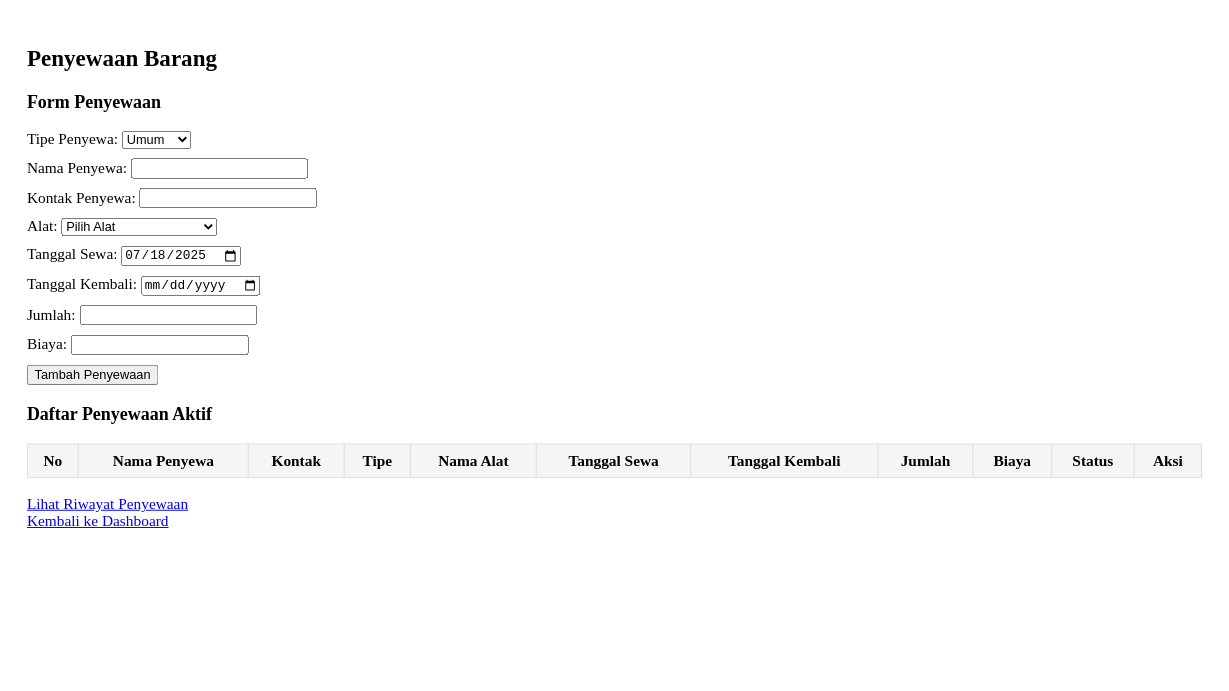
Repository: fatkquladhim/multimedia_app
Page: http://localhost/admin/penyewaan/penyewaan-barang.php
An editor plug-in stored every save of this project. The page is shown before and after the next save, followed by the edit.
The browser window is 1280 px wide. The pictures show the whole page, at 96% of full size.
Some web libraries are served in a nearby version. The page is run by PHP 8.4 with error messages shown; the project is at /var/www/html/. The session is filled in as if someone had signed in: {"user_id": 2, "username": "asep", "role": "admin"}. Other server files are loaded and not shown. The database holds what the project's SQL file puts in it.

Above is the page before, as saved 2025-07-18 23:02:08.

### admin/penyewaan/penyewaan-barang.php
<?php
session_start();
if (!isset($_SESSION['user_id']) || $_SESSION['role'] !== 'admin') {
    header('Location: ../../auth/login.php');
    exit;
}

require_once '../../includes/db_config.php';
$conn = new mysqli(DB_HOST, DB_USER, DB_PASS, DB_NAME);

// Ambil daftar penyewaan aktif
$query = "SELECT sb.*, a.nama as nama_anggota, al.nama_alat as nama_alat,
          CASE
              WHEN sb.tipe_penyewa = 'umum' THEN sb.nama_penyewa
              ELSE a.nama
          END as nama_penyewa,
          CASE
              WHEN sb.tipe_penyewa = 'umum' THEN sb.kontak_penyewa
              ELSE '-'
          END as kontak
          FROM penyewaan_barang sb
          LEFT JOIN anggota a ON sb.id_anggota = a.id
          LEFT JOIN alat al ON sb.id_alat = al.id
          WHERE sb.status = 'disewa'
          ORDER BY sb.tanggal_sewa DESC";
$result = $conn->query($query);

// Ambil daftar anggota untuk form penyewaan
$query_anggota = "SELECT id, nama FROM anggota ORDER BY nama";
$anggota = $conn->query($query_anggota);

// Ambil daftar alat untuk form penyewaan
$query_alat = "SELECT id, nama_alat, jumlah FROM alat WHERE jumlah > 0 ORDER BY nama_alat";
$alat = $conn->query($query_alat);

// Proses form penyewaan dan update status pengembalian
if ($_SERVER['REQUEST_METHOD'] === 'POST') {
    // Jika admin klik tombol "Sudah dikembalikan"
    if (isset($_POST['kembalikan_id'])) {
        $id = $_POST['kembalikan_id'];
        $stmt = $conn->prepare("UPDATE penyewaan_barang SET status='dikembalikan', tanggal_kembali=CURDATE() WHERE id=?");
        $stmt->bind_param("i", $id);
        $stmt->execute();
        header("Location: penyewaan-barang.php?status=success&message=Status penyewaan diupdate");
        exit;
    }
    $tipe_penyewa = $_POST['tipe_penyewa'];
    $id_alat = $_POST['id_alat'];
    $tanggal_sewa = !empty($_POST['tanggal_sewa']) ? $_POST['tanggal_sewa'] : date('Y-m-d');
    $jumlah = $_POST['jumlah'];
    $biaya = $_POST['biaya'];
    $tanggal_kembali = !empty($_POST['tanggal_kembali']) ? $_POST['tanggal_kembali'] : null;
    // Validasi stok
    $stmt = $conn->prepare("SELECT jumlah FROM alat WHERE id = ?");
    $stmt->bind_param("i", $id_alat);
    $stmt->execute();
    $result_stok = $stmt->get_result();
    $stok = $result_stok->fetch_assoc();
    if ($stok['jumlah'] >= $jumlah) {
        // Prepare statement berdasarkan tipe penyewa
        if ($tipe_penyewa === 'anggota') {
            $id_anggota = $_POST['id_anggota'];
            if ($tanggal_kembali) {
                $stmt = $conn->prepare("INSERT INTO penyewaan_barang (id_anggota, id_alat, tanggal_sewa, tanggal_kembali, jumlah, biaya, status, tipe_penyewa) VALUES (?, ?, ?, ?, ?, ?, 'disewa', 'anggota')");
                $stmt->bind_param("iissid", $id_anggota, $id_alat, $tanggal_sewa, $tanggal_kembali, $jumlah, $biaya);
            } else {
                $stmt = $conn->prepare("INSERT INTO penyewaan_barang (id_anggota, id_alat, tanggal_sewa, jumlah, biaya, status, tipe_penyewa) VALUES (?, ?, ?, ?, ?, 'disewa', 'anggota')");
                $stmt->bind_param("iisid", $id_anggota, $id_alat, $tanggal_sewa, $jumlah, $biaya);
            }
        } else {
            $nama_penyewa = $_POST['nama_penyewa'];
            $kontak_penyewa = $_POST['kontak_penyewa'];
            if ($tanggal_kembali) {
                $stmt = $conn->prepare("INSERT INTO penyewaan_barang (id_alat, tanggal_sewa, tanggal_kembali, jumlah, biaya, status, tipe_penyewa, nama_penyewa, kontak_penyewa) VALUES (?, ?, ?, ?, ?, 'disewa', 'umum', ?, ?)");
                $stmt->bind_param("issidss", $id_alat, $tanggal_sewa, $tanggal_kembali, $jumlah, $biaya, $nama_penyewa, $kontak_penyewa);
            } else {
                $stmt = $conn->prepare("INSERT INTO penyewaan_barang (id_alat, tanggal_sewa, jumlah, biaya, status, tipe_penyewa, nama_penyewa, kontak_penyewa) VALUES (?, ?, ?, ?, 'disewa', 'umum', ?, ?)");
                $stmt->bind_param("isidss", $id_alat, $tanggal_sewa, $jumlah, $biaya, $nama_penyewa, $kontak_penyewa);
            }
        }
        if ($stmt->execute()) {
            // Update stok
            $stmt = $conn->prepare("UPDATE alat SET jumlah = jumlah - ? WHERE id = ?");
            $stmt->bind_param("ii", $jumlah, $id_alat);
            $stmt->execute();
            header("Location: penyewaan-barang.php?status=success&message=Penyewaan berhasil ditambahkan");
            exit;
        } else {
            header("Location: penyewaan-barang.php?status=error&message=Gagal menambahkan penyewaan");
            exit;
        }
    } else {
        header("Location: penyewaan-barang.php?status=error&message=Stok tidak mencukupi");
        exit;
    }
}
?>

<!DOCTYPE html>
<html>
<head>
    <title>Penyewaan Barang</title>
    <style>
        .container { padding: 20px; }
        .form-group { margin-bottom: 10px; }
        .alert { padding: 10px; margin-bottom: 10px; border-radius: 4px; }
        .alert-success { background-color: #d4edda; color: #155724; }
        .alert-danger { background-color: #f8d7da; color: #721c24; }
        table { width: 100%; border-collapse: collapse; margin-top: 20px; }
        th, td { padding: 8px; border: 1px solid #ddd; }
        th { background-color: #f5f5f5; }
    </style>
    <script>
        function togglePenyewa() {
            var tipe = document.getElementById('tipe_penyewa').value;
            if (tipe === 'umum') {
                document.getElementById('form_umum').style.display = 'block';
                document.getElementById('form_anggota').style.display = 'none';
                document.getElementById('nama_penyewa').required = true;
                document.getElementById('kontak_penyewa').required = true;
                document.getElementById('id_anggota').required = false;
            } else {
                document.getElementById('form_umum').style.display = 'none';
                document.getElementById('form_anggota').style.display = 'block';
                document.getElementById('nama_penyewa').required = false;
                document.getElementById('kontak_penyewa').required = false;
                document.getElementById('id_anggota').required = true;
            }
        }
        // Panggil saat halaman dimuat
        window.onload = togglePenyewa;
    </script>
</head>
<body>
    <div class="container">
        <h2>Penyewaan Barang</h2>

        <?php if (isset($_GET['status']) && isset($_GET['message'])): ?>
            <div class="alert alert-<?php echo $_GET['status'] === 'success' ? 'success' : 'danger'; ?>">
                <?php echo htmlspecialchars($_GET['message']); ?>
            </div>
        <?php endif; ?>

        <h3>Form Penyewaan</h3>
        <form method="POST">
            <div class="form-group">
                <label>Tipe Penyewa:</label>
                <select name="tipe_penyewa" id="tipe_penyewa" onchange="togglePenyewa()" required>
                    <option value="umum">Umum</option>
                    <option value="anggota">Anggota</option>
                </select>
            </div>

            <div id="form_umum">
                <div class="form-group">
                    <label>Nama Penyewa:</label>
                    <input type="text" name="nama_penyewa" id="nama_penyewa">
                </div>
                <div class="form-group">
                    <label>Kontak Penyewa:</label>
                    <input type="text" name="kontak_penyewa" id="kontak_penyewa">
                </div>
            </div>

            <div id="form_anggota" style="display:none">
                <div class="form-group">
                    <label>Pilih Anggota:</label>
                    <select name="id_anggota" id="id_anggota">
                        <option value="">Pilih Anggota</option>
                        <?php while($row = $anggota->fetch_assoc()): ?>
                            <option value="<?php echo $row['id']; ?>">
                                <?php echo htmlspecialchars($row['nama']); ?>
                            </option>
                        <?php endwhile; ?>
                    </select>
                </div>
            </div>

            <div class="form-group">
                <label>Alat:</label>
                <select name="id_alat" required>
                    <option value="">Pilih Alat</option>
                    <?php while($row = $alat->fetch_assoc()): ?>
                        <option value="<?php echo $row['id']; ?>">
                            <?php echo htmlspecialchars($row['nama_alat']); ?> (Stok: <?php echo $row['jumlah']; ?>)
                        </option>
                    <?php endwhile; ?>
                </select>
            </div>

            <div class="form-group">
                <label>Tanggal Sewa:</label>
                <input type="date" name="tanggal_sewa" value="<?php echo date('Y-m-d'); ?>" required>
            </div>

              <div class="form-group">
                <label>Tanggal Kembali:</label>
                <input type="date" name="tanggal_kembali">
            </div>

            <div class="form-group">
                <label>Jumlah:</label>
                <input type="number" name="jumlah" min="1" required>
            </div>

            <div class="form-group">
                <label>Biaya:</label>
                <input type="number" name="biaya" min="0" step="1000" required>
            </div>
            <button type="submit">Tambah Penyewaan</button>
        </form>

        <h3>Daftar Penyewaan Aktif</h3>
        <table>
            <thead>
                <tr>
                    <th>No</th>
                    <th>Nama Penyewa</th>
                    <th>Kontak</th>
                    <th>Tipe</th>
                    <th>Nama Alat</th>
                    <th>Tanggal Sewa</th>
                    <th>Tanggal Kembali</th>
                    <th>Jumlah</th>
                    <th>Biaya</th>
                    <th>Status</th>
                    <th>Aksi</th>
                </tr>
            </thead>
            <tbody>
                <?php
                $no = 1;
                while($row = $result->fetch_assoc()):
                ?>
                <tr>
                    <td><?php echo $no++; ?></td>
                    <td><?php echo htmlspecialchars($row['nama_penyewa']); ?></td>
                    <td><?php echo htmlspecialchars($row['kontak']); ?></td>
                    <td><?php echo htmlspecialchars($row['tipe_penyewa']); ?></td>
                    <td><?php echo htmlspecialchars($row['nama_alat']); ?></td>
                    <td>
                        <?php
                        if (!empty($row['tanggal_sewa']) && $row['tanggal_sewa'] !== '0000-00-00') {
                            echo date('d/m/Y', strtotime($row['tanggal_sewa']));
                        } else {
                            echo '-';
                        }
                        ?>
                    </td>
                    <td>
                        <?php
                        if (!empty($row['tanggal_kembali']) && $row['tanggal_kembali'] !== '0000-00-00') {
                            echo date('d/m/Y', strtotime($row['tanggal_kembali']));
                        } else {
                            echo '-';
                        }
                        ?>
                    </td>
                    <td><?php echo $row['jumlah']; ?></td>
                    <td>Rp <?php echo number_format($row['biaya'], 0, ',', '.'); ?></td>
                    <td>
                        <?php if ($row['status'] === 'disewa'): ?>
                            <form method="POST" style="display:inline;">
                                <input type="hidden" name="kembalikan_id" value="<?php echo $row['id']; ?>">
                                <button type="submit" onclick="return confirm('Tandai sebagai sudah dikembalikan?')">Belum</button>
                            </form>
                        <?php else: ?>
                            Sudah
                        <?php endif; ?>
                    </td>
                    <td>
                        <a href="edit-barang-penyewaan.php?id=<?php echo $row['id']; ?>">Edit</a>
                        <a href="hapus-penyewaan.php?id=<?php echo $row['id']; ?>"
                           onclick="return confirm('Apakah Anda yakin ingin menghapus penyewaan ini?')">Hapus</a>
                    </td>
                </tr>
                <?php endwhile; ?>
            </tbody>
        </table>

        <br>
        <a href="riwayat-penyewaan-barang.php">Lihat Riwayat Penyewaan</a>
        <br>
        <a href="../dashboard.php">Kembali ke Dashboard</a>
    </div>
</body>
</html>

<?php $conn->close(); ?>

### includes/db_config.php
<?php
// Konfigurasi database
define('DB_HOST', 'localhost');
define('DB_USER', 'root'); // ganti jika user database Anda berbeda
define('DB_PASS', '');     // ganti jika ada password database
define('DB_NAME', 'db_multimedia'); // nama database
?>

### db_multimedia (2).sql (the tables this page reads)
CREATE TABLE `alat` (
  `id` int(11) NOT NULL,
  `nama_alat` varchar(100) NOT NULL,
  `jumlah` int(11) DEFAULT 0,
  `kondisi` varchar(50) DEFAULT NULL
) ENGINE=InnoDB DEFAULT CHARSET=utf8mb4 COLLATE=utf8mb4_general_ci;

INSERT INTO `alat` (`id`, `nama_alat`, `jumlah`, `kondisi`) VALUES
(2, 'sapu', 1, 'Baik'),
(3, 'Kamera DSLR', 1, 'Baik'),
(4, 'Tripod', 8, 'Baik'),
(5, 'Lighting Set', 1, 'Baik'),
(6, 'Microphone', 2, 'Baik'),
(7, 'Green Screen', 0, 'Baik');

ALTER TABLE `alat`
  ADD PRIMARY KEY (`id`);

ALTER TABLE `alat`
  MODIFY `id` int(11) NOT NULL AUTO_INCREMENT, AUTO_INCREMENT=9;

CREATE TABLE `anggota` (
  `id` int(11) NOT NULL,
  `nama` varchar(255) NOT NULL,
  `foto` varchar(255) NOT NULL,
  `alamat` text NOT NULL,
  `email` varchar(255) NOT NULL,
  `no_hp` varchar(15) NOT NULL,
  `id_user` int(11) NOT NULL
) ENGINE=InnoDB DEFAULT CHARSET=utf8mb4 COLLATE=utf8mb4_general_ci;

INSERT INTO `anggota` (`id`, `nama`, `foto`, `alamat`, `email`, `no_hp`, `id_user`) VALUES
(21, 'adhim1', 'Feed IG Zapen (Harlah).jpg', 'maloang', 'fatquladhim@gmail.com', '8925489', 21);

ALTER TABLE `anggota`
  ADD PRIMARY KEY (`id`),
  ADD KEY `id_user` (`id_user`);

ALTER TABLE `anggota`
  MODIFY `id` int(11) NOT NULL AUTO_INCREMENT, AUTO_INCREMENT=23;

ALTER TABLE `anggota`
  ADD CONSTRAINT `anggota_ibfk_1` FOREIGN KEY (`id_user`) REFERENCES `users` (`id`) ON DELETE CASCADE;

CREATE TABLE `penyewaan_barang` (
  `id` int(11) NOT NULL,
  `id_anggota` int(11) DEFAULT NULL,
  `id_alat` int(11) DEFAULT NULL,
  `tanggal_sewa` date DEFAULT NULL,
  `tanggal_kembali` date DEFAULT NULL,
  `jumlah` int(11) DEFAULT NULL,
  `status` enum('disewa','dikembalikan') DEFAULT 'disewa',
  `biaya` decimal(10,2) DEFAULT NULL,
  `tipe_penyewa` enum('anggota','umum') DEFAULT 'anggota',
  `nama_penyewa` varchar(100) DEFAULT NULL,
  `kontak_penyewa` varchar(50) DEFAULT NULL
) ENGINE=InnoDB DEFAULT CHARSET=utf8mb4 COLLATE=utf8mb4_general_ci;

INSERT INTO `penyewaan_barang` (`id`, `id_anggota`, `id_alat`, `tanggal_sewa`, `tanggal_kembali`, `jumlah`, `status`, `biaya`, `tipe_penyewa`, `nama_penyewa`, `kontak_penyewa`) VALUES
(1, NULL, 7, '2025-07-11', '2025-07-11', 1, 'dikembalikan', 2000.00, 'umum', 'aku', '1'),
(2, NULL, 3, '2025-07-11', '2025-07-11', 1, 'dikembalikan', 12000.00, 'umum', 'aku', '1'),
(3, NULL, 3, '2025-07-11', '2025-07-11', 1, 'dikembalikan', 12000.00, 'umum', 'aku', '1'),
(4, NULL, 3, '2025-07-11', '2025-07-11', 1, 'dikembalikan', 12000.00, 'umum', 'aku', '1'),
(5, NULL, 3, '2025-07-11', '2025-07-11', 1, 'dikembalikan', 12000.00, 'umum', 'aku', '1'),
(6, NULL, 5, '2025-07-12', '2025-07-12', 1, 'dikembalikan', 12000.00, 'umum', 'aku', '1');

ALTER TABLE `penyewaan_barang`
  ADD PRIMARY KEY (`id`),
  ADD KEY `id_anggota` (`id_anggota`),
  ADD KEY `id_alat` (`id_alat`);

ALTER TABLE `penyewaan_barang`
  MODIFY `id` int(11) NOT NULL AUTO_INCREMENT, AUTO_INCREMENT=8;

ALTER TABLE `penyewaan_barang`
  ADD CONSTRAINT `penyewaan_barang_ibfk_1` FOREIGN KEY (`id_anggota`) REFERENCES `anggota` (`id`),
  ADD CONSTRAINT `penyewaan_barang_ibfk_2` FOREIGN KEY (`id_alat`) REFERENCES `alat` (`id`);

Loaded but not shown: admin/header.php (172 lines, source omitted); admin/sidebar.php (114 lines, source omitted)

After the next save:
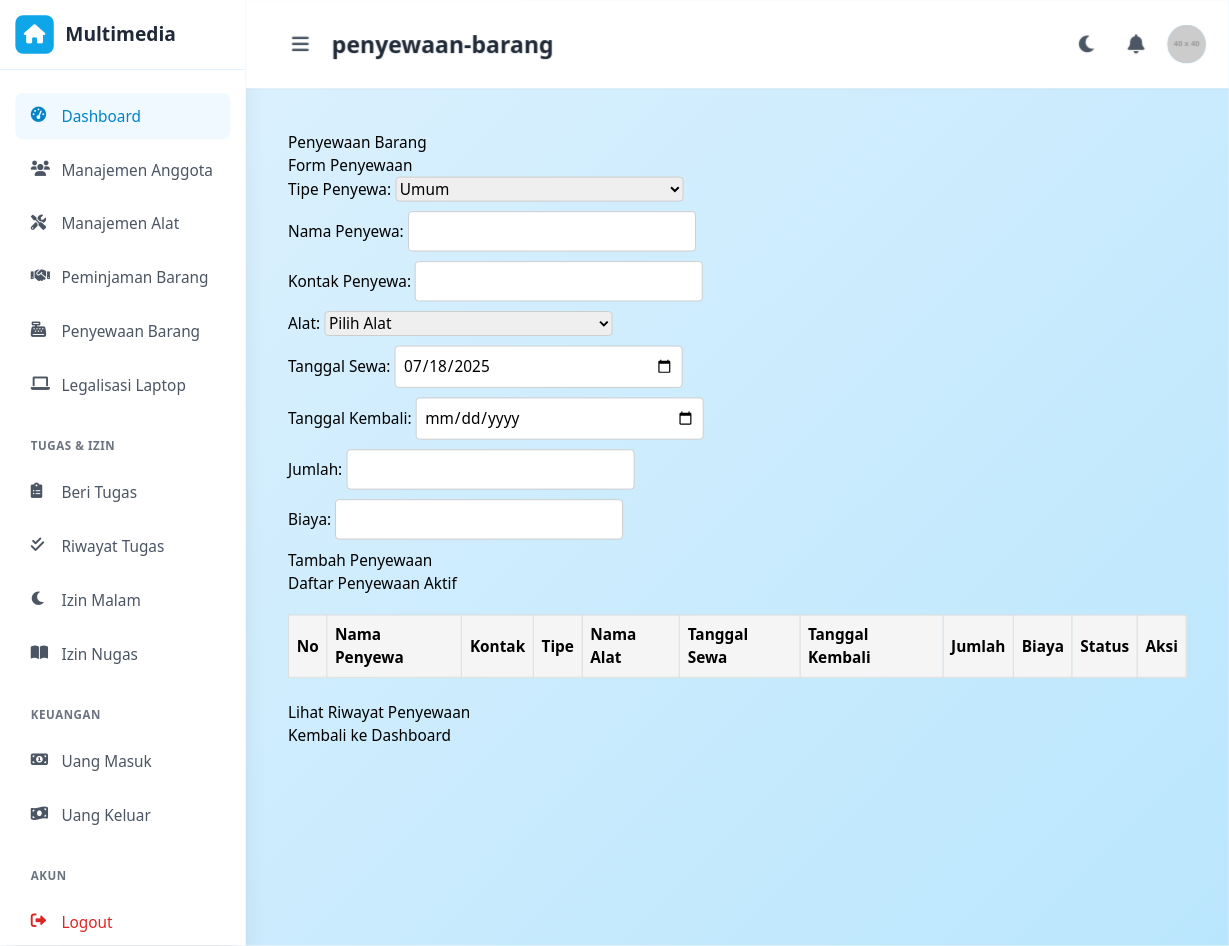
Saved 28 s later.
--- a/admin/penyewaan/penyewaan-barang.php
+++ b/admin/penyewaan/penyewaan-barang.php
@@ -94,6 +94,7 @@ if ($_SERVER['REQUEST_METHOD'] === 'POST') {
         exit;
     }
 }
+include '../header.php'; // Path relatif dari 'anggota/'
 ?>
 
 <!DOCTYPE html>
@@ -110,26 +111,7 @@ if ($_SERVER['REQUEST_METHOD'] === 'POST') {
         th, td { padding: 8px; border: 1px solid #ddd; }
         th { background-color: #f5f5f5; }
     </style>
-    <script>
-        function togglePenyewa() {
-            var tipe = document.getElementById('tipe_penyewa').value;
-            if (tipe === 'umum') {
-                document.getElementById('form_umum').style.display = 'block';
-                document.getElementById('form_anggota').style.display = 'none';
-                document.getElementById('nama_penyewa').required = true;
-                document.getElementById('kontak_penyewa').required = true;
-                document.getElementById('id_anggota').required = false;
-            } else {
-                document.getElementById('form_umum').style.display = 'none';
-                document.getElementById('form_anggota').style.display = 'block';
-                document.getElementById('nama_penyewa').required = false;
-                document.getElementById('kontak_penyewa').required = false;
-                document.getElementById('id_anggota').required = true;
-            }
-        }
-        // Panggil saat halaman dimuat
-        window.onload = togglePenyewa;
-    </script>
+
 </head>
 <body>
     <div class="container">
@@ -284,6 +266,26 @@ if ($_SERVER['REQUEST_METHOD'] === 'POST') {
         <a href="../dashboard.php">Kembali ke Dashboard</a>
     </div>
 </body>
+<script>
+        function togglePenyewa() {
+            var tipe = document.getElementById('tipe_penyewa').value;
+            if (tipe === 'umum') {
+                document.getElementById('form_umum').style.display = 'block';
+                document.getElementById('form_anggota').style.display = 'none';
+                document.getElementById('nama_penyewa').required = true;
+                document.getElementById('kontak_penyewa').required = true;
+                document.getElementById('id_anggota').required = false;
+            } else {
+                document.getElementById('form_umum').style.display = 'none';
+                document.getElementById('form_anggota').style.display = 'block';
+                document.getElementById('nama_penyewa').required = false;
+                document.getElementById('kontak_penyewa').required = false;
+                document.getElementById('id_anggota').required = true;
+            }
+        }
+        // Panggil saat halaman dimuat
+        window.onload = togglePenyewa;
+    </script>
 </html>
 
 <?php $conn->close(); ?>
